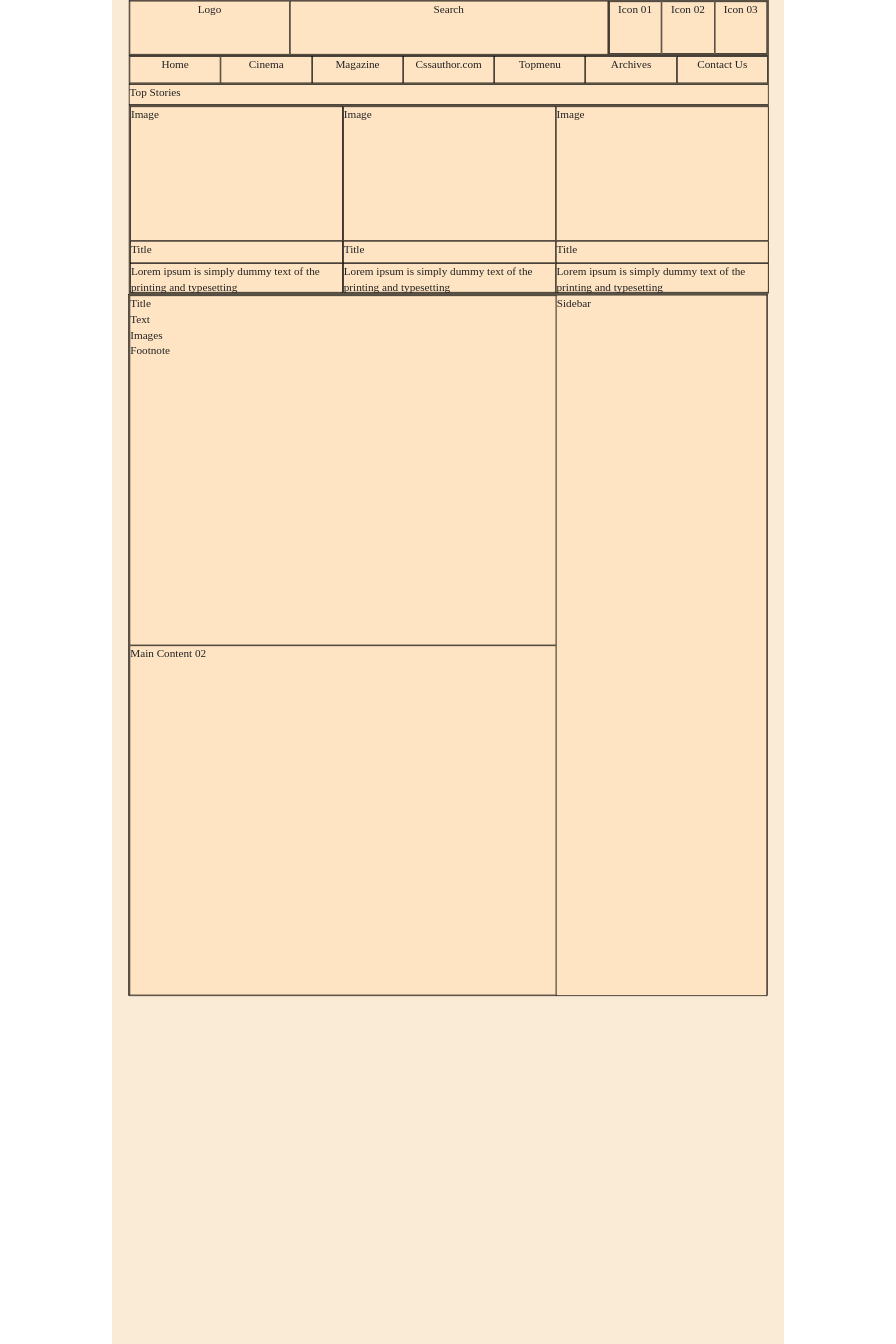
Repository: giovanabirck/cover-magazine-giovanabirck
Page: index.html
These files come from the project's save history. The page is drawn as it stood at one moment and after a run of saves; the edit follows.
The browser window is 1280 px wide. The pictures show the part of the page from y = 0 to 1920 px (the page is 5000 px tall), at 70% of full size.

Above is the page before, as saved 2023-01-14 11:18:02.

### index.html
<!doctype html>
<html class="no-js" lang="">

<head>
  <meta charset="utf-8">
  <title></title>
  <meta name="description" content="">
  <meta name="viewport" content="width=device-width, initial-scale=1">

  <meta property="og:title" content="">
  <meta property="og:type" content="">
  <meta property="og:url" content="">
  <meta property="og:image" content="">

  <link rel="manifest" href="site.webmanifest">
  <link rel="apple-touch-icon" href="icon.png">
  <!-- Place favicon.ico in the root directory -->

  <link rel="stylesheet" href="css/normalize.css">
  <link rel="stylesheet" href="css/main.css">

  <meta name="theme-color" content="#fafafa">
</head>

<body>

  <div class="main-container">

    <div class="header">
      <div class="header-content">
        <div class="header-content-logo">Logo</div>
        <div class="header-content-search">Search</div>
        <div class="header-content-icons">
          <div class="header-content-icons-un">Icon 01</div>
          <div class="header-content-icons-un">Icon 02</div>
          <div class="header-content-icons-un">Icon 03</div>
        </div>
      </div>
      <div class="header-menu">
        <div class="header-menu-un">Home</div>
        <div class="header-menu-un">Cinema</div>
        <div class="header-menu-un">Magazine</div>
        <div class="header-menu-un">Cssauthor.com</div>
        <div class="header-menu-un">Topmenu</div>
        <div class="header-menu-un">Archives</div>
        <div class="header-menu-un">Contact Us</div>
      </div>
    </div>

    <div class="featured">
      <div class="featured-h1">Top Stories</div>
      <div class="featured-stories">
        <div class="featured-stories-un">
          <div class="featured-stories-un-image">Image</div>
          <div class="featured-stories-un-title">Title</div>
          <div class="featured-stories-un-text">Lorem ipsum is simply dummy text of the printing and typesetting</div>
        </div>
        <div class="featured-stories-un">
          <div class="featured-stories-un-image">Image</div>
          <div class="featured-stories-un-title">Title</div>
          <div class="featured-stories-un-text">Lorem ipsum is simply dummy text of the printing and typesetting</div>
        </div>
        <div class="featured-stories-un">
          <div class="featured-stories-un-image">Image</div>
          <div class="featured-stories-un-title">Title</div>
          <div class="featured-stories-un-text">Lorem ipsum is simply dummy text of the printing and typesetting</div>
        </div>
      </div>
    </div>

    <div class="main">
      <div class="main-content">
        <div class="main-content-un">
          <div class="main-content-un-title">Title</div>
          <div class="main-content-un-text">Text</div>
          <div class="main-content-un-images">Images</div>
          <div class="main-content-un-footnote">Footnote</div>
        </div>
        <div class="main-content-un">Main Content 02</div>
      </div>
      <div class="main-side">Sidebar</div>
    </div>



  </div>

  <script src="js/vendor/modernizr-3.11.2.min.js"></script>
  <script src="js/plugins.js"></script>
  <script src="js/main.js"></script>

  <!-- Google Analytics: change UA-XXXXX-Y to be your site's ID. -->
  <script>
    window.ga = function () { ga.q.push(arguments) }; ga.q = []; ga.l = +new Date;
    ga('create', 'UA-XXXXX-Y', 'auto'); ga('set', 'anonymizeIp', true); ga('set', 'transport', 'beacon'); ga('send', 'pageview')
  </script>
  <script src="https://www.google-analytics.com/analytics.js" async></script>
</body>

</html>

### css/main.css
/*! HTML5 Boilerplate v8.0.0 | MIT License | https://html5boilerplate.com/ */

/* main.css 2.1.0 | MIT License | https://github.com/h5bp/main.css#readme */
/*
 * What follows is the result of much research on cross-browser styling.
 * Credit left inline and big thanks to Nicolas Gallagher, Jonathan Neal,
 * Kroc Camen, and the H5BP dev community and team.
 */

/* ==========================================================================
   Base styles: opinionated defaults
   ========================================================================== */

html {
  color: #222;
  font-size: 1em;
  line-height: 1.4;
  margin: 0px 160px 0px 160px;
}

/*
 * Remove text-shadow in selection highlight:
 * https://twitter.com/miketaylr/status/12228805301
 *
 * Vendor-prefixed and regular ::selection selectors cannot be combined:
 * https://stackoverflow.com/a/16982510/7133471
 *
 * Customize the background color to match your design.
 */

::-moz-selection {
  background: #b3d4fc;
  text-shadow: none;
}

::selection {
  background: #b3d4fc;
  text-shadow: none;
}

/*
 * A better looking default horizontal rule
 */

hr {
  display: block;
  height: 1px;
  border: 0;
  border-top: 1px solid #ccc;
  margin: 1em 0;
  padding: 0;
}

/*
 * Remove the gap between audio, canvas, iframes,
 * images, videos and the bottom of their containers:
 * https://github.com/h5bp/html5-boilerplate/issues/440
 */

audio,
canvas,
iframe,
img,
svg,
video {
  vertical-align: middle;
}

/*
 * Remove default fieldset styles.
 */

fieldset {
  border: 0;
  margin: 0;
  padding: 0;
}

/*
 * Allow only vertical resizing of textareas.
 */

textarea {
  resize: vertical;
}

/* ==========================================================================
   Author's custom styles
   ========================================================================== */

/* ==========================================================================
   Helper classes
   ========================================================================== */

/*
 * Hide visually and from screen readers
 */

.hidden,
[hidden] {
  display: none !important;
}

/*
 * Hide only visually, but have it available for screen readers:
 * https://snook.ca/archives/html_and_css/hiding-content-for-accessibility
 *
 * 1. For long content, line feeds are not interpreted as spaces and small width
 *    causes content to wrap 1 word per line:
 *    https://medium.com/@jessebeach/beware-smushed-off-screen-accessible-text-5952a4c2cbfe
 */

.sr-only {
  border: 0;
  clip: rect(0, 0, 0, 0);
  height: 1px;
  margin: -1px;
  overflow: hidden;
  padding: 0;
  position: absolute;
  white-space: nowrap;
  width: 1px;
  /* 1 */
}

/*
 * Extends the .sr-only class to allow the element
 * to be focusable when navigated to via the keyboard:
 * https://www.drupal.org/node/897638
 */

.sr-only.focusable:active,
.sr-only.focusable:focus {
  clip: auto;
  height: auto;
  margin: 0;
  overflow: visible;
  position: static;
  white-space: inherit;
  width: auto;
}

/*
 * Hide visually and from screen readers, but maintain layout
 */

.invisible {
  visibility: hidden;
}

/*
 * Clearfix: contain floats
 *
 * For modern browsers
 * 1. The space content is one way to avoid an Opera bug when the
 *    `contenteditable` attribute is included anywhere else in the document.
 *    Otherwise it causes space to appear at the top and bottom of elements
 *    that receive the `clearfix` class.
 * 2. The use of `table` rather than `block` is only necessary if using
 *    `:before` to contain the top-margins of child elements.
 */

.clearfix::before,
.clearfix::after {
  content: " ";
  display: table;
}

.clearfix::after {
  clear: both;
}

/* ==========================================================================
   EXAMPLE Media Queries for Responsive Design.
   These examples override the primary ('mobile first') styles.
   Modify as content requires.
   ========================================================================== */

@media only screen and (min-width: 35em) {
  /* Style adjustments for viewports that meet the condition */
}

@media print,
  (-webkit-min-device-pixel-ratio: 1.25),
  (min-resolution: 1.25dppx),
  (min-resolution: 120dpi) {
  /* Style adjustments for high resolution devices */
}

/* ==========================================================================
   Print styles.
   Inlined to avoid the additional HTTP request:
   https://www.phpied.com/delay-loading-your-print-css/
   ========================================================================== */

@media print {
  *,
  *::before,
  *::after {
    background: #fff !important;
    color: #000 !important;
    /* Black prints faster */
    box-shadow: none !important;
    text-shadow: none !important;
  }

  a,
  a:visited {
    text-decoration: underline;
  }

  a[href]::after {
    content: " (" attr(href) ")";
  }

  abbr[title]::after {
    content: " (" attr(title) ")";
  }

  /*
   * Don't show links that are fragment identifiers,
   * or use the `javascript:` pseudo protocol
   */
  a[href^="#"]::after,
  a[href^="javascript:"]::after {
    content: "";
  }

  pre {
    white-space: pre-wrap !important;
  }

  pre,
  blockquote {
    border: 1px solid #999;
    page-break-inside: avoid;
  }

  /*
   * Printing Tables:
   * https://web.archive.org/web/20180815150934/http://css-discuss.incutio.com/wiki/Printing_Tables
   */
  thead {
    display: table-header-group;
  }

  tr,
  img {
    page-break-inside: avoid;
  }

  p,
  h2,
  h3 {
    orphans: 3;
    widows: 3;
  }

  h2,
  h3 {
    page-break-after: avoid;
  }
}

.main-container{
  background-color: antiquewhite;
  width: 100%;
  height: 5000px;
  display: flex;
  flex-direction: column;
  align-items: center;
}

.header {
  width: 95%;
  height: 120px;
  display: flex;
  flex-direction: column;
  justify-content: center;
}

.header-content{
  background-color: bisque;
  border: solid 1px black;
  width: 100%;
  height: 80px;
  display: flex;
}

.header-content-logo{
  background-color: bisque;
  border: solid 1px black;
  width: 33%;
  text-align: center;
}

.header-content-search{
  background-color: bisque;
  border: solid 1px black;
  width: 66%;
  text-align: center;
}

.header-content-icons{
  background-color: bisque;
  border: solid 1px black;
  width: 33%;
  text-align: center;
  display: flex;
}

.header-content-icons-un{
  background-color: bisque;
  border: solid 1px black;
  width: 100%;
  text-align: center;
}

.header-menu{
  background-color: bisque;
  border: solid 1px black;
  width: 100%;
  height: 40px;
  text-align: center;
  display: flex;
}

.header-menu-un{
  background-color: bisque;
  border: solid 1px black;
  width: 100%;
  text-align: center;
}

.featured{
  width: 95%;
  height: 300px;
  display: flex;
  flex-direction: column;
}

.featured-h1{
  background-color: bisque;
  border: solid 1px black;
  width: 100%;
  height: 40px;
}

.featured-stories{
  background-color: bisque;
  border: solid 1px black;
  width: 100%;
  height: 300px;
  display: flex;
}

.featured-stories-un{
  background-color: bisque;
  border: solid 1px black;
  width: 100%;
}

.featured-stories-un-image{
  background-color: bisque;
  border: solid 1px black;
  width: 100%;
  height: 190px;
}

.featured-stories-un-title{
  background-color: bisque;
  border: solid 1px black;
  width: 100%;
  height: 30px;
}

.featured-stories-un-text{
  background-color: bisque;
  border: solid 1px black;
  width: 100%;
  height: 40px;
}

.main{
  background-color: bisque;
  border: solid 1px black;
  width: 95%;
  height: 1000px;
  display: flex;
}

.main-content{
  background-color: bisque;
  border: solid 1px black;
  width: 67%;
  height: 1000px;
  display: flex;
  flex-direction: column;
}

.main-content-un{
  background-color: bisque;
  border: solid 1px black;
  width: 100%;
  height: 500px;
}

.main-content-un-title{

}

.main-content-un-text{

}

.main-content-un-images{

}

.main-content-un-footnote{

}

.main-side{
  background-color: bisque;
  border: solid 1px black;
  width: 33%;
  height: 1000px;
}

### js/plugins.js
// Avoid `console` errors in browsers that lack a console.
(function() {
  var method;
  var noop = function () {};
  var methods = [
    'assert', 'clear', 'count', 'debug', 'dir', 'dirxml', 'error',
    'exception', 'group', 'groupCollapsed', 'groupEnd', 'info', 'log',
    'markTimeline', 'profile', 'profileEnd', 'table', 'time', 'timeEnd',
    'timeline', 'timelineEnd', 'timeStamp', 'trace', 'warn'
  ];
  var length = methods.length;
  var console = (window.console = window.console || {});

  while (length--) {
    method = methods[length];

    // Only stub undefined methods.
    if (!console[method]) {
      console[method] = noop;
    }
  }
}());

// Place any jQuery/helper plugins in here.

Loaded but not shown: css/normalize.css (library); js/vendor/modernizr-3.11.2.min.js (library); js/main.js (no stored copy; drawn as an empty file)

After the next 6 saves:
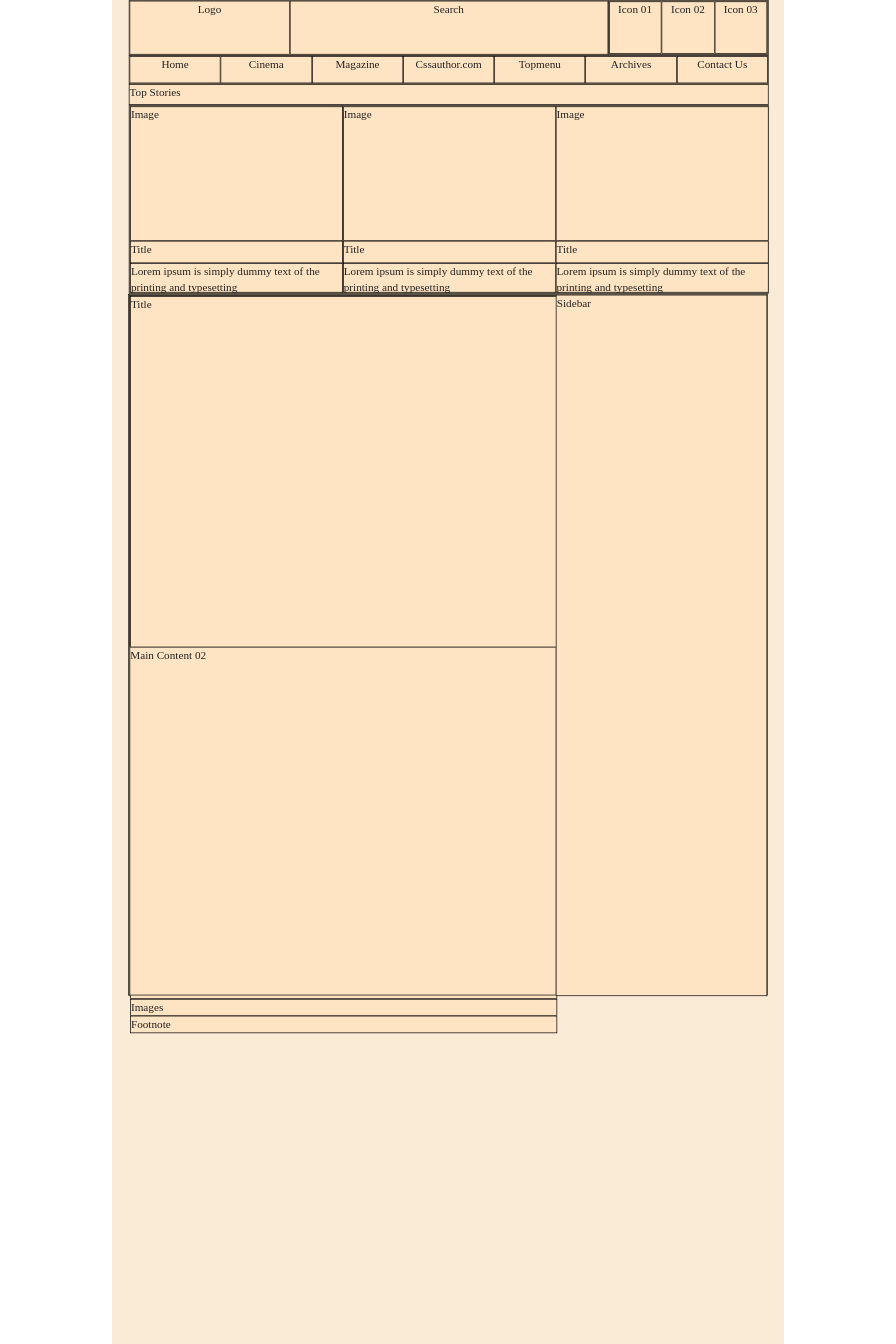
The 6 saves are shown as one change because they came seconds apart.
The last was saved 20 s later.
--- a/css/main.css
+++ b/css/main.css
@@ -406,19 +406,29 @@ textarea {
 }
 
 .main-content-un-title{
-
+  background-color: bisque;
+  border: solid 1px black;
+  width: 100%;
+  height: 500px;
 }
 
 .main-content-un-text{
-
+  background-color: bisque;
+  border: solid 1px black;
+  width: 100%;
+  height: 500px;
 }
 
 .main-content-un-images{
-
+  background-color: bisque;
+  border: solid 1px black;
+  width: 100%;
 }
 
 .main-content-un-footnote{
-
+  background-color: bisque;
+  border: solid 1px black;
+  width: 100%;
 }
 
 .main-side{
